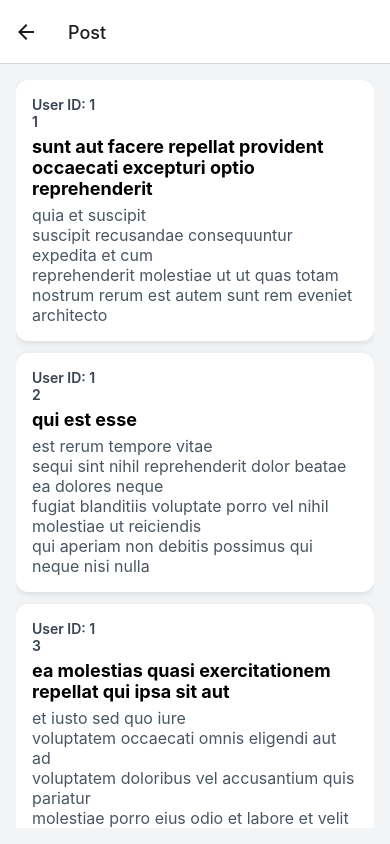
Repository: nawaz1568/Task_counter
Screen: /Post
An editor plug-in stored every save of this project. The screen is shown before and after a run of saves, followed by the edit.
An inner scrolling area shows only its first screen. The app was drawn by React Native's web renderer in a window 390 px wide. The project was rebuilt for these pictures with package versions that can differ from the ones it lists, and the page was loaded fresh each time. Also part of the build but not shown: src/components/Header.js, src/screens/PostListScreen.js, src/screens/PostDetailScreen.js, src/screens/CounterScreen.js, src/screens/AnotherDetailScreen.js.

Above is the screen before, as saved 2025-09-09 14:24:28.

After the next 2 saves:
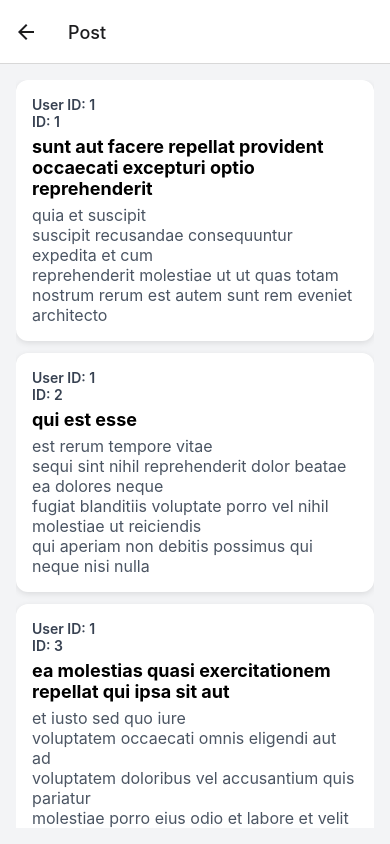
The 2 saves are shown as one change because they came seconds apart.
The last was saved 7 s later.
--- a/src/screens/PostsScreen.js
+++ b/src/screens/PostsScreen.js
@@ -14,7 +14,7 @@ export default function PostsScreen({ navigation }) {
       }
     >
       <Text style={styles.heading}>User ID: {item.userId}</Text>
-      <Text style={styles.heading}>{item.id}</Text>
+      <Text style={styles.heading}>ID: {item.id}</Text>
       <Text style={styles.title}>{item.title}</Text>
       <Text style={styles.body}>{item.body}</Text>
     </TouchableOpacity>
